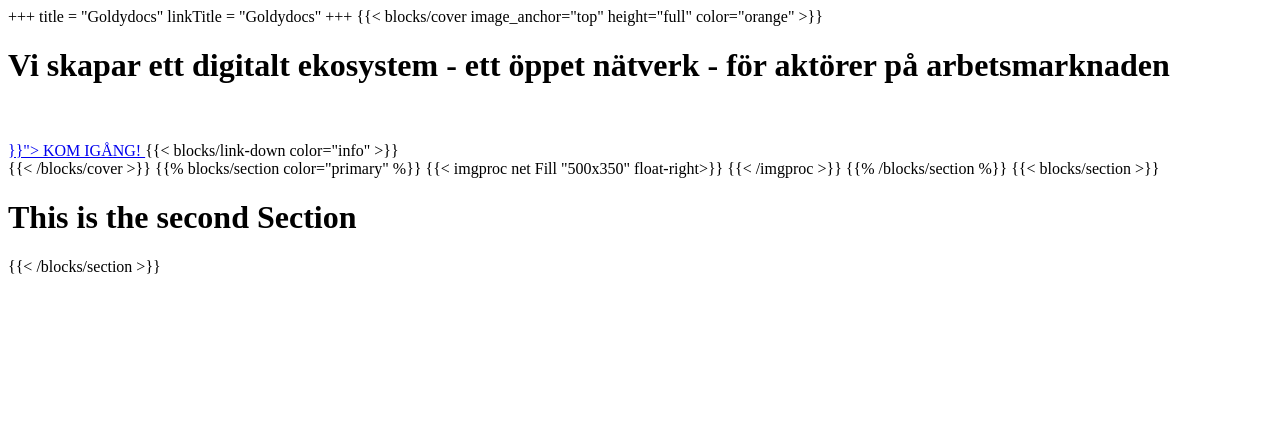
Repository: rudasn/docsy-cms-netlify
Page: content/sv/_index.html
These files come from the project's save history. The page is drawn as it stood at one moment and after the next save; the edit follows.
The browser window is 1280 px wide. The pictures show the whole page.

Above is the page before, as saved 2021-05-07 08:38:41.

After the next save:
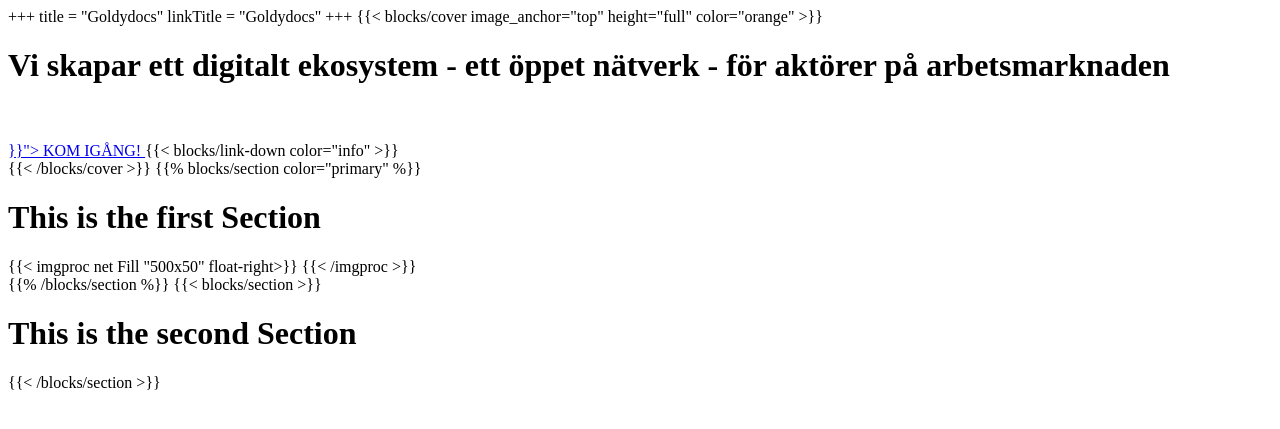
Saved 79 s later.
--- a/content/sv/_index.html
+++ b/content/sv/_index.html
@@ -20,12 +20,16 @@ linkTitle = "Goldydocs"
 
 
 {{% blocks/section color="primary" %}}
+<div class="col-8">
+	<h1 class="text-left">This is the first Section</h1>
+</div>
 
-	{{< imgproc net Fill "500x350" float-right>}}
+<div class="col-4">
+	{{< imgproc net Fill "500x50" float-right>}}
 
 	{{< /imgproc >}}
 
-
+</div>
 {{% /blocks/section %}}
 
 <!--
